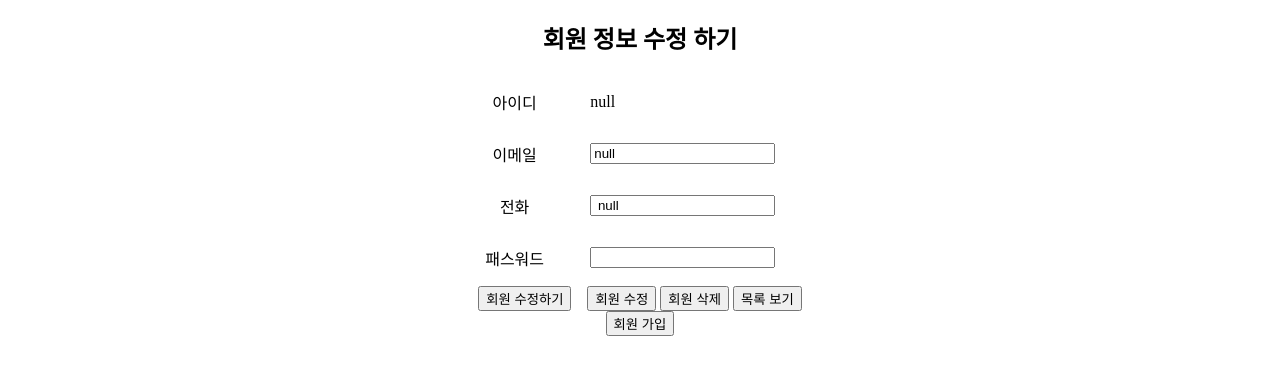
Repository: kdw1437/CreateBoardProject
Page: http://localhost/DataBase/MemberUpdateForm.jsp
These files come from the project's save history. The page is drawn as it stood at one moment and after the next save; the edit follows.
The browser window is 1280 px wide. The pictures show the whole page.
The page is served by Tomcat 9. Queries for data that is not in the repository find no rows.

Above is the page before, as saved 2024-08-06 09:18:20.

After the next save:
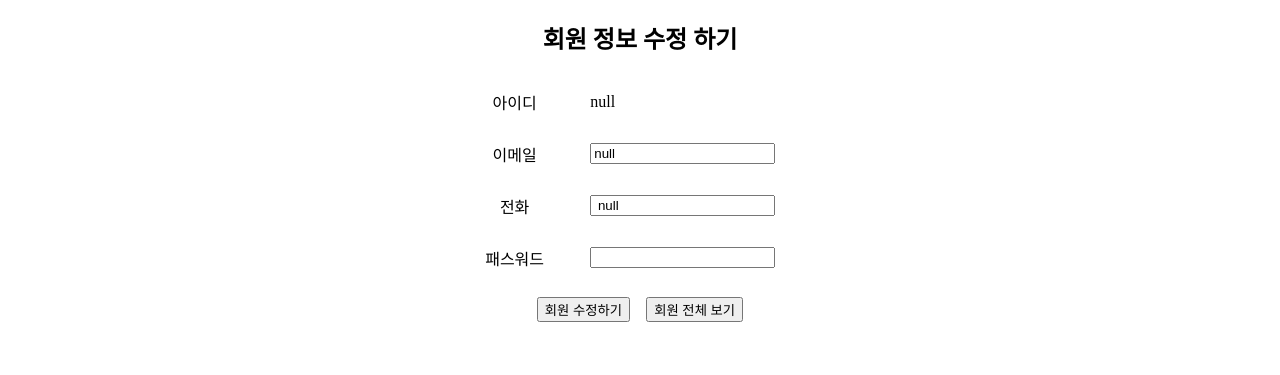
Saved 8 min 50 s later.
--- a/DataBase/src/main/webapp/MemberUpdateForm.jsp
+++ b/DataBase/src/main/webapp/MemberUpdateForm.jsp
@@ -38,10 +38,8 @@
 	<tr height="50">
 		<td align="center" colspan="2">
 		<input type="submit" value="회원 수정하기"> &nbsp;&nbsp;</form>
-		<button onclick="location.href='MemberList.jsp'">회원 수정</button>
-		<button onclick="location.href='MemberList.jsp'">회원 삭제</button>
-		<button onclick="location.href='MemberList.jsp'">목록 보기</button>
-		<button onclick="location.href='MemberList.jsp'">회원 가입</button>
+		<button onclick="location.href='MemberList.jsp'">회원 전체 보기</button>
+
 		</td>
 	</tr>
 
